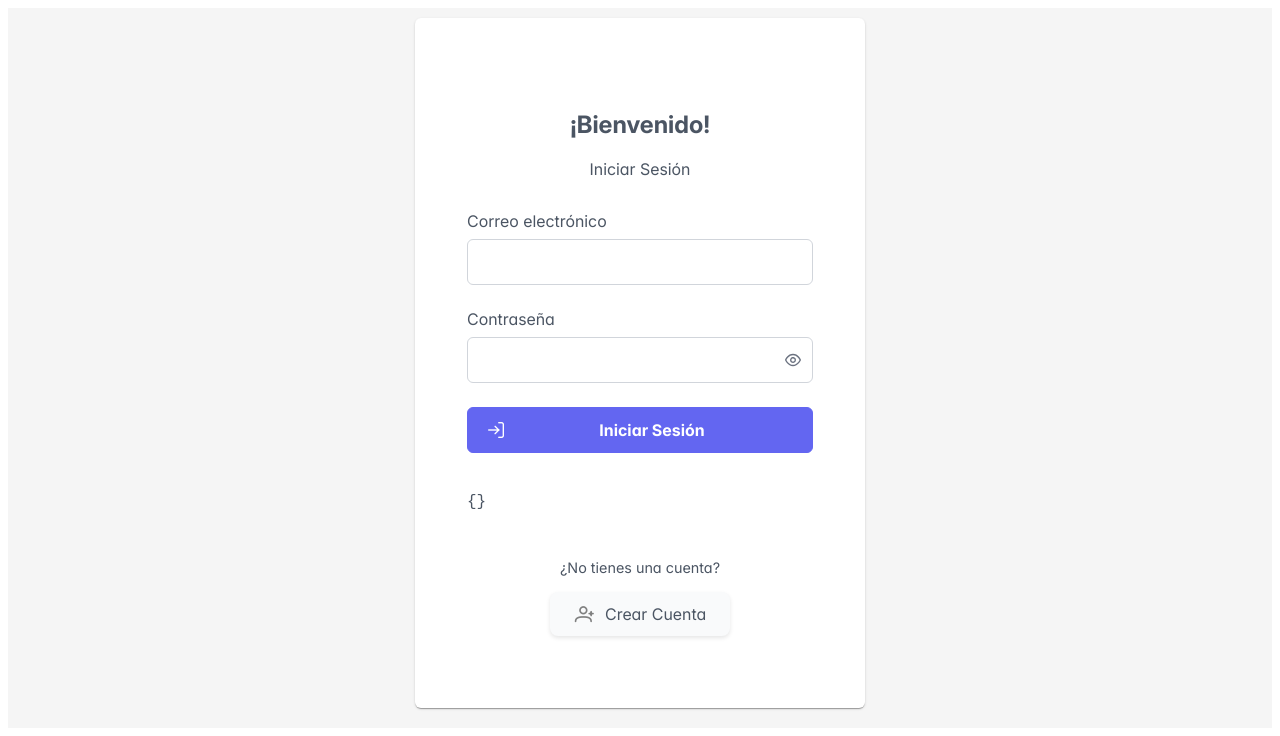
Repository: nder1996/Info_Colombia
Page: / (app in fronted/gestion-tareas/)
The author's editor kept a copy of each file at every save. The page is drawn from the files as they stood at one save, then again after the next save.
The browser window is 1280 px wide. The pictures show the whole page.
The project was rebuilt for these pictures with package versions that can differ from the ones it lists, and the page was loaded fresh each time. Also part of the build but not shown: fronted/gestion-tareas/src/routes/ProtectedRoute.tsx, fronted/gestion-tareas/src/components/gestion-tareas/GestionTareas.css, fronted/gestion-tareas/src/services/GestionTareasService.ts, fronted/gestion-tareas/src/services/SummaryServices.ts, fronted/gestion-tareas/src/services/UsuarioService.ts, fronted/gestion-tareas/src/services/WebSocketService.ts, fronted/gestion-tareas/src/hooks/useNotifications.ts, fronted/gestion-tareas/src/components/gestion-tareas/GestionTareas.tsx and 1 more.

Above is the page before, as saved 2025-02-24 03:33:31.

### fronted/gestion-tareas/src/index.css
.App {
  display: flex;
  justify-content: center;
  align-items: center;
  height: 100vh !important;
  width: 100% !important;
  background-color: #f5f5f5;
  padding: 0 !important;
  /*border:1px solid red !important;*/
  /* You can add more styles as needed */
}

### fronted/gestion-tareas/src/App.tsx
import React, { useRef } from 'react';
import { BrowserRouter } from 'react-router-dom';
import './App.css';
import AppRoutes from './routes/AppRoutes';
import useAuthStore from './store/auth/useAuthStore';
import './services/InterceptorAuth';
import { ToastProvider } from './context/ToastContext';

import "primereact/resources/themes/lara-light-indigo/theme.css";
import "primereact/resources/primereact.min.css";
import "primeicons/primeicons.css";
import { LanguageProvider } from './context/LanguageContext';



function App() {
  const auth = useAuthStore((state) => state.Auth)
  return (
    <ToastProvider>
      <LanguageProvider>
        <div className="App">
          <BrowserRouter>
            <AppRoutes />
          </BrowserRouter>
        </div>
      </LanguageProvider>
    </ToastProvider>
  );
}

export default App;

### fronted/gestion-tareas/src/App.css
@import "primereact/resources/themes/lara-light-indigo/theme.css";
@import "primereact/resources/primereact.min.css";
@import "primeicons/primeicons.css";

### fronted/gestion-tareas/src/routes/AppRoutes.tsx
import React from "react";
import { Routes, Route, Navigate } from "react-router-dom";
import ProtectedRoute from "./ProtectedRoute";
import useAuthStore from "../store/auth/useAuthStore";
import GestionTareas from "src/components/gestion-tareas/GestionTareas";
import InicioSession from "src/components/InicioSession/InicioSession";
import Registrarse from "src/components/Registrarse/Registrarse";

const AppRoutes: React.FC = () => {
  const auth = useAuthStore((state) => state.Auth);

  return (
    <Routes>
      <Route path="/login" element={<InicioSession />} />
      <Route path="/Registro" element={<Registrarse />} />

      {/* Agrupar rutas protegidas dentro de ProtectedRoute */}
      <Route element={<ProtectedRoute />}>
        <Route path="/GestionTareas" element={<GestionTareas />} />
      </Route>

      {/* Redirigir a login si no hay ruta válida */}

       <Route path="*" element={<Navigate to={auth.isAuthenticated ? "/GestionTareas" : "/login"} replace />} />
    </Routes>
  );
};

export default AppRoutes;

### fronted/gestion-tareas/src/store/auth/useAuthStore.ts
import { AuthService } from 'src/services/AuthService';
import { create } from 'zustand'

type AuthState = { Auth: { token: string | null ; isAuthenticated: boolean |null ; username:string | null } }

type AuthStateStoreActions = {
  setAuth: (nextAuth: AuthState['Auth']) => void
}

type AuthStore = AuthState & AuthStateStoreActions;

const useAuthStore = create<AuthStore>()((set) => ({
  Auth: AuthService.getInfoSession() || {
    token: null,
    isAuthenticated: false,
    username: null
  },
  setAuth: (nextAuth) => set({ Auth: nextAuth })
}));

export default useAuthStore;




//export default useAuthStore;

### fronted/gestion-tareas/src/services/InterceptorAuth.ts
import axios from 'axios';
import { AuthService } from './AuthService';

const InterceptorAuth = {
  usuario: axios.create({
    baseURL: 'http://localhost:8700/api/usuario'
  }),
  summary: axios.create({
    baseURL: 'http://localhost:8700/api/summary/'
  }),
  tarea: axios.create({
    baseURL: 'http://localhost:8700/api/tarea/'
  })
};

Object.values(InterceptorAuth).forEach(api => {
  api.interceptors.request.use(
    (config) => {
      const token = AuthService.getToken()?.replace(/"/g, '');
      if (token) {
        config.headers.Authorization = `Bearer ${token}`;
      }
      //console.log("se le agrego el token a la peticion: " + config.url+"  token "+config.headers.Authorization);
      return config;
    },
    (error) => Promise.reject(error)
  );

  api.interceptors.response.use(
    (response) => response,
    (error) => {
      if (error.response?.status !== 200 && error.response?.status !== 201) {
        AuthService.logout();
        window.location.href = '/login';
      }
      return Promise.reject(error);
    }
  );
});

export default InterceptorAuth;

### fronted/gestion-tareas/src/context/ToastContext.tsx
import { createContext, useContext, useRef } from 'react';
import { Toast } from 'primereact/toast';


interface ToastService {
    mostrarExito: (titulo: string, detalle?: string) => void;
    mostrarError: (titulo: string, detalle?: string) => void;
    mostrarInfo: (titulo: string, detalle?: string) => void;
    mostrarAdvertencia: (titulo: string, detalle?: string) => void;
}

const ToastContext = createContext<ToastService>({} as ToastService);

export const ToastProvider = ({ children }: { children: React.ReactNode }) => {
    const toast = useRef<Toast>(null);

    const mostrarExito = (titulo: string, detalle?: string) => {
        toast.current?.show({
            severity: 'success',
            summary: titulo,
            detail: detalle,
            life: 3000
        });
    };

    const mostrarError = (titulo: string, detalle?: string) => {
        toast.current?.show({
            severity: 'error',
            summary: titulo,
            detail: detalle,
            life: 5000
        });
    };

    const mostrarInfo = (titulo: string, detalle?: string) => {
        toast.current?.show({
            severity: 'info',
            summary: titulo,
            detail: detalle,
            life: 3000
        });
    };

    const mostrarAdvertencia = (titulo: string, detalle?: string) => {
        toast.current?.show({
            severity: 'warn',
            summary: titulo,
            detail: detalle,
            life: 4000
        });
    };

    return (
        <ToastContext.Provider value={{ mostrarExito, mostrarError, mostrarInfo, mostrarAdvertencia }}>
            <Toast ref={toast} position="top-right" />
            {children}
        </ToastContext.Provider>
    );
};

export const useToast = () => useContext(ToastContext);

### fronted/gestion-tareas/src/context/LanguageContext.tsx
import React, { createContext, useContext, useState } from 'react';
import { traducciones } from 'src/i18n/traducciones';
import { Language, ITranslations } from 'src/i18n/types';

interface LanguageContextType {
  language: Language;
  t: ITranslations;
  changeLanguage: (lang: Language) => void;
}

const LanguageContext = createContext<LanguageContextType>({} as LanguageContextType);

export const LanguageProvider = ({ children }: { children: React.ReactNode }) => {
  const [language, setLanguage] = useState<Language>('es');

  const changeLanguage = (lang: Language) => {
    setLanguage(lang);
  };

  const value = {
    language,
    t: traducciones[language],
    changeLanguage
  };

  return (
    <LanguageContext.Provider value={value}>
      {children}
    </LanguageContext.Provider>
  );
};



export const useLanguage = () => {
  const context = useContext(LanguageContext);
  if (!context) {
    throw new Error('useLanguage must be used within a LanguageProvider');
  }
  return context;
};

### fronted/gestion-tareas/src/components/InicioSession/InicioSession.tsx
import React, { useRef, useState } from 'react';
import './InicioSession.css';
import 'primereact/resources/themes/saga-blue/theme.css';
import 'primereact/resources/primereact.min.css';
import 'primeicons/primeicons.css';


import { Card } from 'primereact/card';
import { InputText } from 'primereact/inputtext';
import { Button } from 'primereact/button';
import { Toast } from 'primereact/toast';
import { useForm } from 'react-hook-form';
import { yupResolver } from '@hookform/resolvers/yup';
import * as yup from 'yup';
import { SesionServices } from 'src/services/SesionServices';
import useAuthStore from 'src/store/auth/useAuthStore';
import { Navigate, useNavigate } from 'react-router-dom';
import { setTimeout } from 'timers/promises';
import { AuthService } from 'src/services/AuthService';
import { Divider } from 'primereact/divider';
import { Password } from 'primereact/password';
import { useToast } from 'src/context/ToastContext';
import NavbarIdioma from '../navbar-idioma/navbar-idioma';
import { useLanguage } from 'src/context/LanguageContext';
import { traducciones } from 'src/i18n/traducciones';
import { Language } from 'src/i18n/types';



interface FormInputs {
  username: string;
  password: string;
}


const createValidationSchema = (t: typeof traducciones, language: Language) => yup.object({
  username: yup
    .string()
    .required(t[language].autenticacion.emailRequerido)
    .email(t[language].autenticacion.emailValido),
  password: yup
    .string()
    .required(t[language].autenticacion.contrasenaRequerida)
});

const InicioSession = () => {
  const [isLoading, setIsLoading] = useState(false);
  const setUseAuthState = useAuthStore((state) => state.setAuth);
  const Auth = useAuthStore((state) => state.Auth);
  const navigate = useNavigate();
  const { mostrarExito, mostrarError } = useToast();
  const { language } = useLanguage();
  const texts = traducciones[language].autenticacion;
  const schema = createValidationSchema(traducciones, language);

  const { register, handleSubmit, formState: { errors }, setValue, watch } = useForm<FormInputs>({
    resolver: yupResolver(schema)
  });

  const onSubmit = async (data: FormInputs) => {
    try {
      setIsLoading(true);
      await SesionServices.login(data.username, data.password);
      const token = AuthService.getToken();
      if (!token || token.trim() === "") {
        mostrarError('Error', 'Usuario o contraseña inválidos');
        return;
      }
      setIsLoading(false);
      setUseAuthState({
        token: token,
        isAuthenticated: true,
        username: data.username
      });
      mostrarExito('¡Bienvenido!', `Bienvenido ${data.username}`);
    } catch (error: any) {
      mostrarError('Error', 'Error al procesar el inicio de sesión');
    }
  };



  if (Auth.isAuthenticated) {
    return <Navigate to="/GestionTareas" />;
  }



  return (
    <div className="login-container">
      <Card className="login-card">
        <div className="login-header">
          <h2>{texts.bienvenido}</h2>
          <p>{texts.iniciarSesion}</p>
        </div>
        <form onSubmit={handleSubmit(onSubmit)} className="p-fluid form-inicio">
          <div className="field">
            <label>{texts.correo}</label>
            <InputText
              {...register('username')}
              className={errors.username ? 'p-invalid' : ''}
              onChange={(e) => {
                register('username').onChange(e);
              }}
            />
            {errors.username && (
              <p className="p-error">{errors.username.message}</p>
            )}
          </div>

          <div className="field">
            <label>{texts.contrasena}</label>
            <Password
              {...register('password')}
              className={errors.password ? 'p-invalid' : ''}
              feedback={false}
              toggleMask
              onChange={(e) => setValue('password', e.target.value)}
              inputRef={register('password').ref}
            />
            {errors.password && (
              <small className="p-error">{errors.password.message}</small>
            )}
          </div>
          <Button
            type="submit"
            label={isLoading ? 'Iniciando sesión...' : 'Iniciar Sesión'}
            icon={isLoading ? 'pi pi-spinner pi-spin' : 'pi pi-sign-in'}
          />
          <pre>{JSON.stringify(watch(), null, 2)}</pre>
        </form>
        <div className="register-section">
          <p className="register-text">{texts.noTienesCuenta}</p>
          <a className="register-link" onClick={() => navigate('/registro')}>
            <i className="pi pi-user-plus register-icon" />
            <span>{texts.crearCuenta}</span>
          </a>
        </div>
      </Card>

    </div>
  );
};

export default InicioSession;

### fronted/gestion-tareas/src/services/AuthService.ts
import useAuthStore from 'src/store/auth/useAuthStore';
import { create } from 'zustand';
import { LocalStarogeService } from './LocalStorageService';



export interface AuthData {
  token: string | null;
  isAuthenticated: boolean | null;
  username: string | null;
}


 export class AuthService {

  static saveToken(auth: AuthData) {
    LocalStarogeService.save('authToken', JSON.stringify(auth));
  }

  static getToken(): string {
    const authData = JSON.parse(LocalStarogeService.get('authToken') || "") ;
    return authData.token || '';
  }

  static getInfoSession(): AuthData {
    try {
      const session = LocalStarogeService.get('authToken');
      if (!session || typeof session !== 'string') {
        return { token: '', isAuthenticated: false, username: '' };
      }
      const parsed = JSON.parse(session) as AuthData;
      return parsed;
    } catch {
      return { token: '', isAuthenticated: false, username: '' };
    }
  }
  static isAuthenticated(): boolean {
    return !!this.getToken();
  }

  static logout(): void {
    localStorage.removeItem('authToken');
    //useAuthStore.getState().clearAuth();
  }

  static getAuthHeader() {
    const token = this.getToken()?.replace(/"/g, '');
    return token ? { Authorization: `Bearer ${token}` } : {};
  }
}

### fronted/gestion-tareas/src/components/InicioSession/InicioSession.css

.login-header {
  text-align: center;
  margin-bottom: 2rem;
}

.form-inicio {
  display: flex;
  flex-direction: column;
  gap: 1.5rem;
}

.field {
  display: flex;
  flex-direction: column;
  gap: 0.5rem;
}

.register-section {
  margin-top: 2rem;
  text-align: center;
 }

 .register-link {
  display: inline-flex;
  align-items: center;
  gap: 0.75rem;
  padding: 0.75rem 1.5rem;
  border-radius: 8px;
  background: var(--surface-50);
  transition: all 0.2s ease;
  box-shadow: 0 2px 4px rgba(0,0,0,0.1);
  cursor: pointer !important;
 }

 .register-link:hover {
  background: var(--surface-100);
  transform: translateY(-2px);
  box-shadow: 0 4px 8px rgba(0,0,0,0.15);
 }

 .register-icon {
  color: grey;
  font-size: 1.2rem;
 }

 .register-text {
  font-size: 0.9rem;
  color: var(--text-color);
  margin-bottom: 1rem;
 }

 .login-container {
  display: flex;
  flex-direction: column;
  min-height: 100vh;
}

.login-card {
  margin: 10px;
  width: 100%;
  width: 450px;
  padding: 2rem;
}


.navbar-idioma {
  width: 100%;
  padding: 1rem;
}

### fronted/gestion-tareas/src/services/SesionServices.ts
import axios from "axios";
import { AuthData, AuthService } from "./AuthService";
import { LocalStarogeService } from "./LocalStorageService";
import { ApiResponse } from "src/models/ApiResponse";



export interface usuarioRegister {
    id: number;
    nombre: string;
    email: string;
    password: string;
}
export class SesionServices  {
    private static readonly baseUrl = 'http://localhost:8700/api/auth';


    public static async login(username: string, password: string): Promise<void> {
        try {
            const response = await axios.post(`${this.baseUrl}/login`, {
                username,
                password
            });

            const token = response.data.token;
            const authData: AuthData = {
                token: token,
                username: username,
                isAuthenticated: true
            };

            AuthService.saveToken(authData);
        } catch (error) {
            console.error('Login failed:', error);
            throw error;
        }
    }

    public static async registre(user: usuarioRegister): Promise<ApiResponse<string>> {
        try {
            const response = await axios.post(`${this.baseUrl}/register`, user);
            return response.data;
        } catch (error) {
            console.error('Login failed:', error);
            throw error;
        }
    }


}

### fronted/gestion-tareas/src/components/Registrarse/Registrarse.css

.auth-card {
  background: white;
  padding: 2.5rem;
  border-radius: 16px;
  width: 100%;
  max-width: 450px;
  box-shadow: 0 10px 25px rgba(0, 0, 0, 0.05);
}

.auth-header {
  text-align: center;
  margin-bottom: 2.8rem;
}

.auth-header h2 {
  color: #2d3748;
  font-size: 1.875rem;
  font-weight: 600;
  margin-bottom: 0.5rem;
}

.auth-header p {
  color: #718096;
  font-size: 0.95rem;
}

.auth-form {
  display: flex;
  flex-direction: column;
  gap: 2.5rem;
}

.form-group {
  position: relative;
}

.form-input {
  width: 100% !important;
  padding: 1rem !important;
  border: 1px solid #e2e8f0 !important;
  border-radius: 10px !important;
  background: #f8fafc !important;
  transition: all 0.3s ease !important;


  /*margin-top: 1rem !important;*/
}

.form-input:hover {
  background: #fff !important;
  border-color: #cbd5e1 !important;
}

.form-input:focus {
  background: #fff !important;
  border-color: #3b82f6 !important;
  box-shadow: 0 0 0 3px rgba(59, 130, 246, 0.1) !important;
}

.p-float-label {
  /*display: block;*/
}

.p-float-label label {
  background: transparent !important;
  color: #64748b !important;
  font-size: 0.875rem !important;
}

/*.p-float-label input:focus ~ label,
.p-float-label input.p-filled ~ label {
  transform: translateY(-1.5rem) scale(0.85) !important;
  color: #3b82f6 !important;
}*/

.p-password {
  width: 100% !important;
}

.p-password-input {
  width: 100% !important;
}

.table-cell {
  text-align: center;
}

.table-header {
  text-align: center;
}

/* Para centrar verticalmente también */
.table-cell, .table-header {
  vertical-align: middle;
}

### fronted/gestion-tareas/src/services/localStorageService.ts
export class LocalStarogeService{


  public static save(key: string, value: any): void {
    try {
      const serializedValue = JSON.stringify(value);
      localStorage.setItem(key, serializedValue);
    } catch (error) {
      console.error('Error saving to localStorage:', error);
    }
  }



  public static get<T>(key: string, defaultValue: T | null = null): T | null {
    try {
      const item = localStorage.getItem(key);
      return item ? JSON.parse(item) : defaultValue;
    } catch (error) {
      console.error('Error retrieving from localStorage:', error);
      return defaultValue;
    }
  }



  public static remove(key: string): void {
    try {
      localStorage.removeItem(key);
    } catch (error) {
      console.error('Error removing from localStorage:', error);
    }
  }


  public static exists(key: string): boolean {
    return localStorage.getItem(key) !== null;
  }


  public static clear(): void {
    try {
      localStorage.clear();
    } catch (error) {
      console.error('Error clearing localStorage:', error);
    }
  }


  public static update(key: string, value: any): void {
    try {
      const existingValue = this.get(key, {});
      const updatedValue = { ...existingValue, ...value };
      this.save(key, updatedValue);
    } catch (error) {
      console.error('Error updating localStorage:', error);
    }
  }


  public static getAllKeys(): string[] {
    const keys: string[] = [];
    for (let i = 0; i < localStorage.length; i++) {
      const key = localStorage.key(i);
      if (key) {
        keys.push(key);
      }
    }
    return keys;
  }
}

### fronted/gestion-tareas/src/components/navbar-idioma/navbar-idioma.tsx
import { Dropdown } from 'primereact/dropdown';
import { useLanguage } from "src/context/LanguageContext";
import { Language } from "src/i18n/types";

const NavbarIdioma = () => {
  const { language, changeLanguage } = useLanguage();

  const options = [
    { label: 'Español', value: 'es' as Language },
    { label: 'English', value: 'en' as Language }
  ];

  return (
    <div style={{
      display: 'flex',
      justifyContent: 'center',
      backgroundColor: '#f8f9fa',
      padding: '20px'
    }}>
      <div style={{
        display: 'flex',
        alignItems: 'center',
        gap: '10px'
      }}>
        <span style={{
          fontSize: '14px',
          color: '#000'
        }}>Selecciona tu idioma</span>
        <Dropdown
          value={language}
          options={options}
          onChange={(e) => changeLanguage(e.value)}
          style={{
            minWidth: '120px',
            borderRadius: '4px',
            border: '1px solid #dee2e6',
            padding: '6px 12px'
          }}
        />
      </div>
    </div>
  );
};

export default NavbarIdioma;

Loaded but not shown: fronted/gestion-tareas/public/index.html (common file); fronted/gestion-tareas/src/index.js (common file); fronted/gestion-tareas/src/reportWebVitals.js (common file); fronted/gestion-tareas/src/i18n/traducciones.ts (164 lines, source omitted)

After the next save:
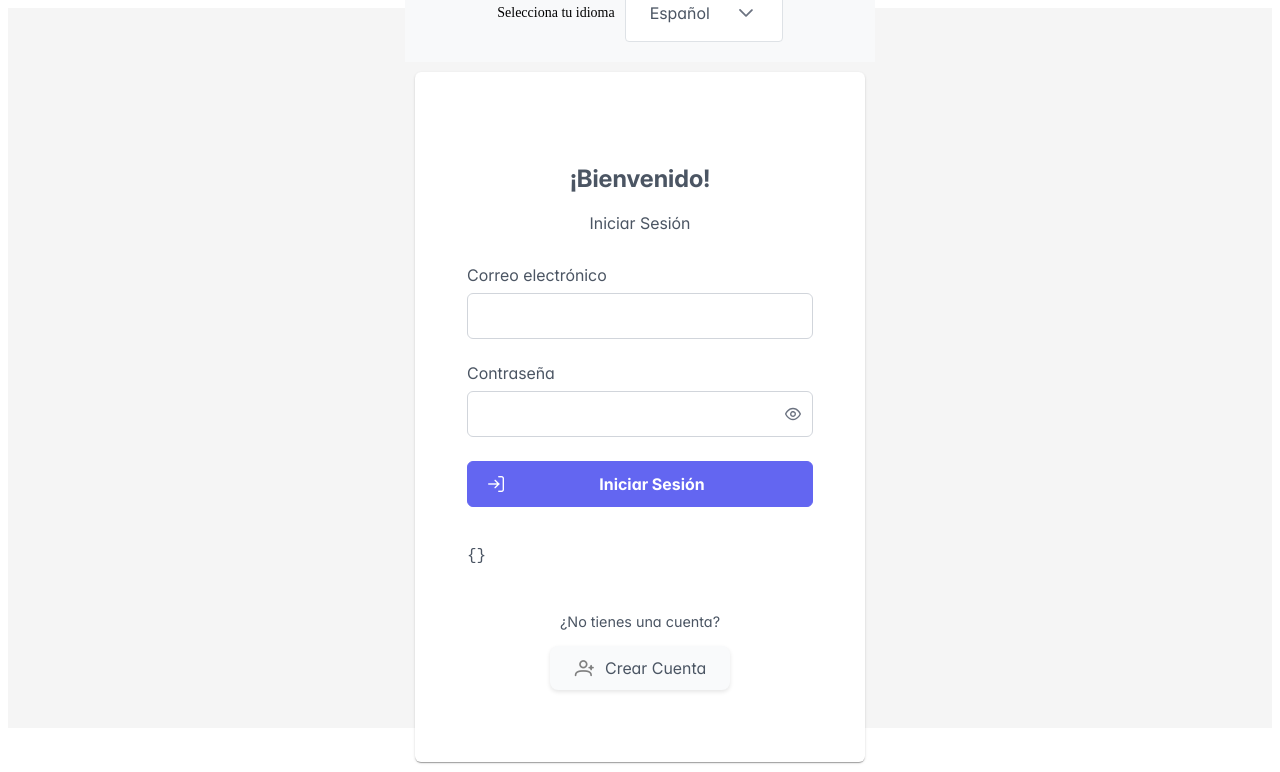
Saved 6 s later.
--- a/fronted/gestion-tareas/src/components/InicioSession/InicioSession.tsx
+++ b/fronted/gestion-tareas/src/components/InicioSession/InicioSession.tsx
@@ -88,6 +88,7 @@ const InicioSession = () => {
 
   return (
     <div className="login-container">
+      <NavbarIdioma></NavbarIdioma>
       <Card className="login-card">
         <div className="login-header">
           <h2>{texts.bienvenido}</h2>
